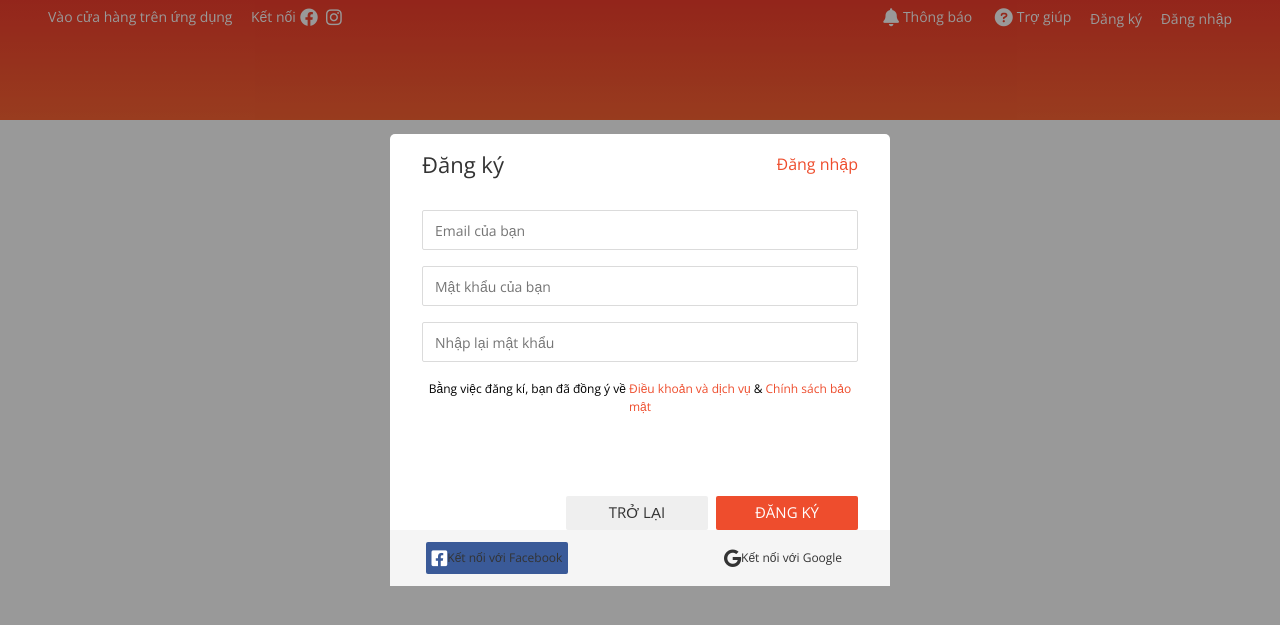
Repository: trongtamdev/Clone-Shopee-Page
Page: index.html
These files come from the project's save history. The page is drawn as it stood at one moment and after the next save; the edit follows.
The browser window is 1280 px wide. The pictures show the whole page.

Above is the page before, as saved 2022-07-08 22:10:01.

After the next save:
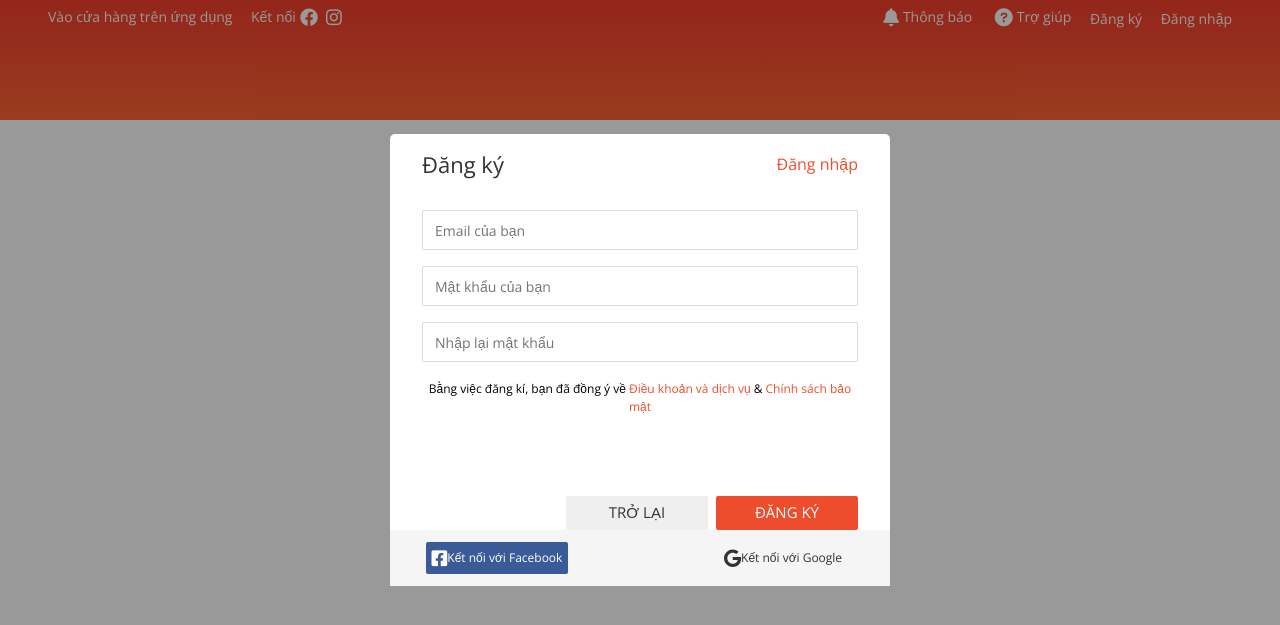
Saved 17 s later.
--- a/assets/css/main.css
+++ b/assets/css/main.css
@@ -201,6 +201,7 @@
 }
 
 .auth-form__socials--facebook {
+    color: var(--white-color);
     background-color: #3A5A98;
 }
 
